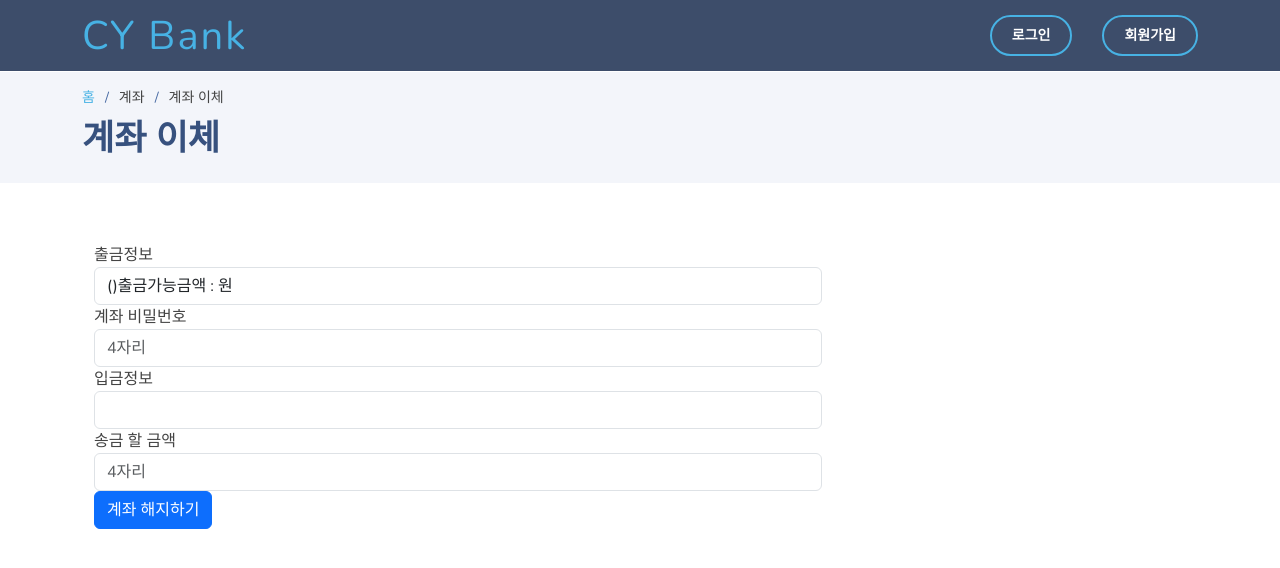
Repository: scy0814/Spring
Page: http://localhost/CYBank/jsp/transfer/AccountTransfer.jsp
An editor plug-in stored every save of this project. The page is shown before and after the next save, followed by the edit.
The browser window is 1280 px wide. The pictures show the whole page.
The page is served by Tomcat 9. Other server files are loaded and not shown. The template is opened directly, without the code that normally fills it, so the values that code supplies are empty.

Above is the page before, as saved 2023-06-28 11:04:40.

### CYBank/src/main/webapp/jsp/transfer/AccountTransfer.jsp
<%@ page language="java" contentType="text/html; charset=UTF-8"
    pageEncoding="UTF-8"%>
    <%@ taglib uri="http://java.sun.com/jsp/jstl/core" prefix="c"%>
<!DOCTYPE html>
<html>
<head>
<meta charset="UTF-8">
<title>Insert title here</title>
</head>
<header>
<jsp:include page="/jsp/include/header.jsp" />
</header>
<body>
<section id="breadcrumbs" class="breadcrumbs">
      <div class="container">

        <ol>
          <li><a href="/index.jsp">홈</a></li>
          <li>계좌</li>
          <li>계좌 이체</li>
        </ol>
        <h2 style="font-size : 35px;">계좌 이체</h2>

      </div>
    </section><!-- End Breadcrumbs -->

    <section class="inner-page">
      <div class="container">

      <form id="closeAccountForm" class="closeAccount" method="post">
		<div class="container">
				<div class="col-lg-8">
							<div class="form-group">
								<label for="id">출금정보</label><br>
							 <input type="text" class="form-control" id="exampleFormControlInput1" value="${account.accountNum }(${account.accountName })출금가능금액 : ${account.balance }원" name="id"  readonly >
        </div>
							<div class="form-group">
								<label for="accountPW">계좌 비밀번호</label> <input type="password"
									name="accountPW" id="accountPW" placeholder="4자리" maxlength="4"
									required class="form-control">
							</div>
							<div class="form-group">
								<label for="accountType">입금정보</label> <input type="text" name="accountNum2"
									class="form-control">
							</div>
							<div class="form-group">
								<label for="accountPW2">송금 할 금액</label> <input
									type="text" name="amount" id="amount"
									placeholder="4자리" maxlength="4" required class="form-control">
							</div>
							<div id="error"></div>
							<button type="button"
								onclick="showConfirmation('${pageContext.request.contextPath}')"
								class="btn btn-primary">계좌 해지하기</button>
						</div>
					</div>
	</form>

      </div>
      </section>
</body>
</html>

### CYBank/src/main/webapp/jsp/include/header.jsp
<%@ page language="java" contentType="text/html; charset=UTF-8"
    pageEncoding="UTF-8"%>
    <%@ taglib prefix="c" uri="http://java.sun.com/jsp/jstl/core"%>
<!DOCTYPE html>
<html>
<head>
<meta charset="UTF-8">
 <!-- Favicons -->
  <link href="assets/img/favicon.png" rel="icon">
  <link href="assets/img/apple-touch-icon.png" rel="apple-touch-icon">


  <!-- Google Fonts -->
  <link href="https://fonts.googleapis.com/css?family=Open+Sans:300,300i,400,400i,600,600i,700,700i|Nunito:300,300i,400,400i,600,600i,700,700i|Poppins:300,300i,400,400i,500,500i,600,600i,700,700i" rel="stylesheet">

  <!-- Vendor CSS Files -->
  <link href="/CYBank/css/vendor/aos/aos.css" rel="stylesheet">
  <link href="/CYBank/css/vendor/bootstrap/css/bootstrap.min.css" rel="stylesheet">
  <link href="/CYBank/css/vendor/bootstrap-icons/bootstrap-icons.css" rel="stylesheet">
  <link href="/CYBank/css/vendor/glightbox/css/glightbox.min.css" rel="stylesheet">
  <link href="/CYBank/css/vendor/remixicon/remixicon.css" rel="stylesheet">
  <link href="/CYBank/css/vendor/swiper/swiper-bundle.min.css" rel="stylesheet">

  <!-- Template Main CSS File -->
  <link href="/CYBank/css/css/style.css" rel="stylesheet">
  <style>
  .fixed-top {
    position: fixed;
    z-index: 1030;
    background: #283a5ae6;
    top: 0;
    right: 0;
    left: 0;
}
  </style>

<title>Insert title here</title>
</head>
<body>
<!-- ======= Header ======= -->
  <header id="header" class="header fixed-top">
    <div class="container-fluid container-xl d-flex align-items-center justify-content-between">

      <a href="index.jsp" class="logo d-flex align-items-center">
        <span class="cybank">CY Bank</span>
      </a>
		<c:set var="isLogin" value="${empty user }" />
      <nav id="navbar" class="navbar">
        <ul>
        <c:if test="${not empty user}">
          <li><a class="nav-link scrollto active" href="index.jsp">홈</a></li>
          <li><a class="nav-link scrollto" href="${pageContext.request.contextPath }/noticeList.do">공지사항</a></li>
          <li><a class="nav-link scrollto" href="#about">오픈뱅킹</a></li>
           <li class="dropdown"><a href="${pageContext.request.contextPath }/account.do"><span>계좌</span> <i class="bi bi-chevron-down"></i></a>
            <ul>
              <li><a href="${pageContext.request.contextPath}/account.do">나의 계좌</a></li>
              <li><a href="${pageContext.request.contextPath}/createAccount.do">계좌 개설</a></li>
              <li><a href="${pageContext.request.contextPath}/transactionHistory.do">입출금 내역</a></li>
              <li><a href="${pageContext.request.contextPath}/closeAccount.do">계좌 해지</a></li>
            </ul>
          </li>
          <li><a class="nav-link scrollto" href="${pageContext.request.contextPath }/myPage.do">마이페이지</a></li>
          <li><a class="nav-link scrollto" href="${pageContext.request.contextPath }/customerCenter.do">고객센터</a></li>
          <li><a class="nav-link scrollto" href="${pageContext.request.contextPath }/logout.do">로그아웃</a></li>
          </c:if>
		<c:if test="${empty user}">
          <li><a class="getstarted scrollto" href="${pageContext.request.contextPath }/login.do">로그인</a></li>
          <li><a class="getstarted scrollto" href="${pageContext.request.contextPath }/signup.do">회원가입</a></li>
          </c:if>
        </ul>
        <i class="bi bi-list mobile-nav-toggle"></i>
      </nav><!-- .navbar -->

    </div>
  </header><!-- End Header -->
  <!-- Vendor JS Files -->
  <script src="/CYBank/css/vendor/purecounter/purecounter_vanilla.js"></script>
  <script src="/CYBank/css/vendor/aos/aos.js"></script>
  <script src="/CYBank/css/vendor/bootstrap/js/bootstrap.bundle.min.js"></script>
  <script src="/CYBank/css/vendor/glightbox/js/glightbox.min.js"></script>
  <script src="/CYBank/css/vendor/isotope-layout/isotope.pkgd.min.js"></script>
  <script src="/CYBank/css/vendor/swiper/swiper-bundle.min.js"></script>
  <script src="/CYBank/css/vendor/php-email-form/validate.js"></script>

  <!-- Template Main JS File -->
  <script src="/CYBank/css/js/main.js"></script>

</body>
</html>

Loaded but not shown: CYBank/src/main/webapp/css/js/main.js (258 lines, source omitted); CYBank/src/main/webapp/css/css/style.css (1830 lines, source omitted)

After the next save:
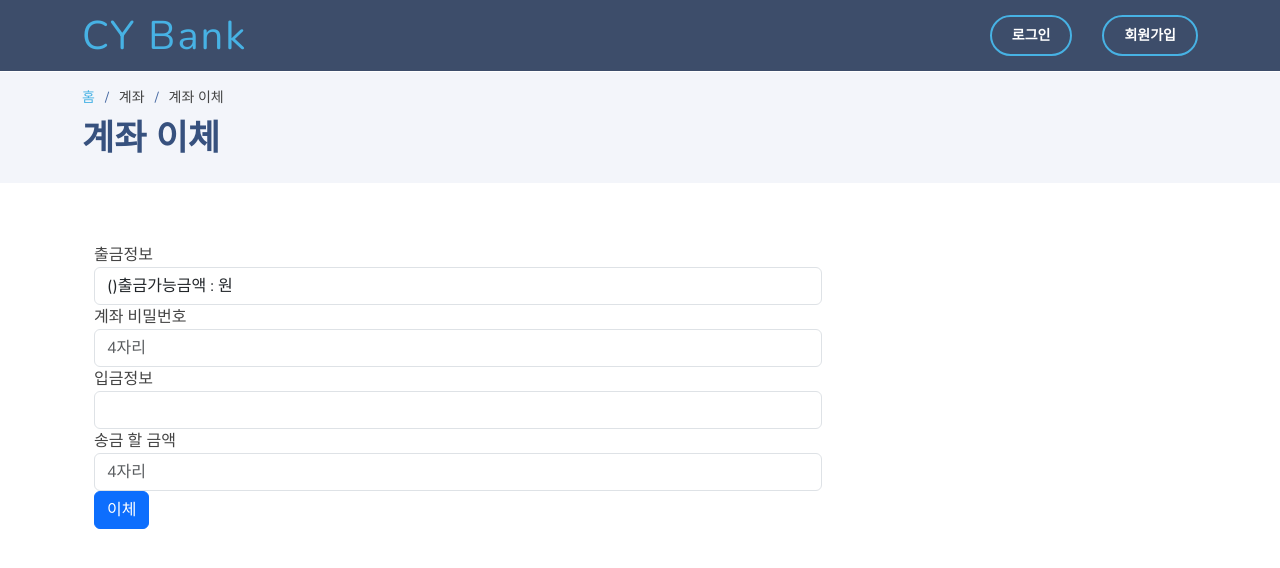
Saved 7 s later.
--- a/CYBank/src/main/webapp/jsp/transfer/AccountTransfer.jsp
+++ b/CYBank/src/main/webapp/jsp/transfer/AccountTransfer.jsp
@@ -51,7 +51,7 @@
 							<div id="error"></div>
 							<button type="button"
 								onclick="showConfirmation('${pageContext.request.contextPath}')"
-								class="btn btn-primary">계좌 해지하기</button>
+								class="btn btn-primary">이체</button>
 						</div>
 					</div>
 	</form>
